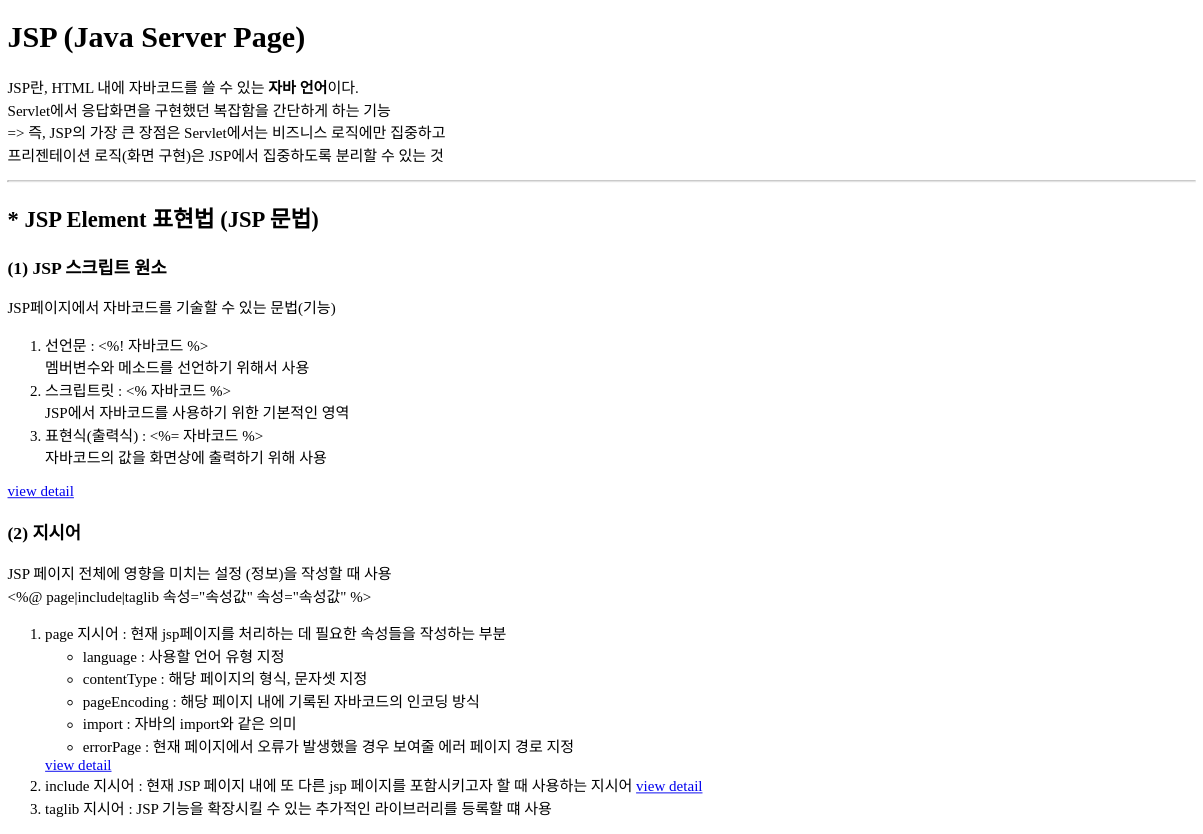
Repository: hailey-516/servlet
Page: 2_jsp/src/main/webapp/index.html
The author's editor kept a copy of each file at every save. The page is drawn from the files as they stood at one save, then again after the next save.
The browser window is 1280 px wide. The pictures show the whole page, at 94% of full size.

Above is the page before, as saved 2024-08-23 05:21:23.

### 2_jsp/src/main/webapp/index.html
<!DOCTYPE html>
<html>
<head>
<meta charset="UTF-8">
<title>JSP 시작하기</title>
</head>
<body>
    <h1>JSP (Java Server Page)</h1>

    <p>
        JSP란, HTML 내에 자바코드를 쓸 수 있는 <b>자바 언어</b>이다.
        <br>
        Servlet에서 응답화면을 구현했던 복잡함을 간단하게 하는 기능
        <br>
        => 즉, JSP의 가장 큰 장점은 Servlet에서는 비즈니스 로직에만 집중하고
        <br>
        프리젠테이션 로직(화면 구현)은 JSP에서 집중하도록 분리할 수 있는 것
    </p>

    <hr>

    <h2>* JSP Element 표현법 (JSP 문법)</h2>

    <h3>(1) JSP 스크립트 원소</h3>
    <p>JSP페이지에서 자바코드를 기술할 수 있는 문법(기능)</p>

    <ol>
        <li>
            선언문 : &lt;%! 자바코드 %&gt; <br>
            멤버변수와 메소드를 선언하기 위해서 사용
        </li>
        <li>
            스크립트릿 : &lt;% 자바코드 %&gt; <br>
            JSP에서 자바코드를 사용하기 위한 기본적인 영역
        </li>
        <li>
            표현식(출력식) : &lt;%= 자바코드 %&gt; <br>
            자바코드의 값을 화면상에 출력하기 위해 사용
        </li>
    </ol>

    <a href="views/01_ScriptingElement.jsp">view detail</a>

    <h3>(2) 지시어</h3>
    <p>
        JSP 페이지 전체에 영향을 미치는 설정 (정보)을 작성할 때 사용 <br>
        &lt;%@ page|include|taglib 속성="속성값" 속성="속성값" %&gt;
    </p>

    <ol>
        <li>
            page 지시어 : 현재 jsp페이지를 처리하는 데 필요한 속성들을 작성하는 부분
            <ul>
                <li>language : 사용할 언어 유형 지정</li>
                <li>contentType : 해당 페이지의 형식, 문자셋 지정</li>
                <li>pageEncoding : 해당 페이지 내에 기록된 자바코드의 인코딩 방식</li>
                <li>import : 자바의 import와 같은 의미</li>
                <li>errorPage : 현재 페이지에서 오류가 발생했을 경우 보여줄 에러 페이지 경로 지정</li>
            </ul>
            <a href="views/02_directivePage.jsp">view detail</a>
        </li>
        <li>
            include 지시어 : 현재 JSP 페이지 내에 또 다른 jsp 페이지를 포함시키고자 할 때 사용하는 지시어
            <a href="views/03_directiveInclude.jsp">view detail</a>
        </li>
        <li>
            taglib 지시어 : JSP 기능을 확장시킬 수 있는 추가적인 라이브러리를 등록할 떄 사용
        </li>
    </ol>
</body>
</html>

After the next save:
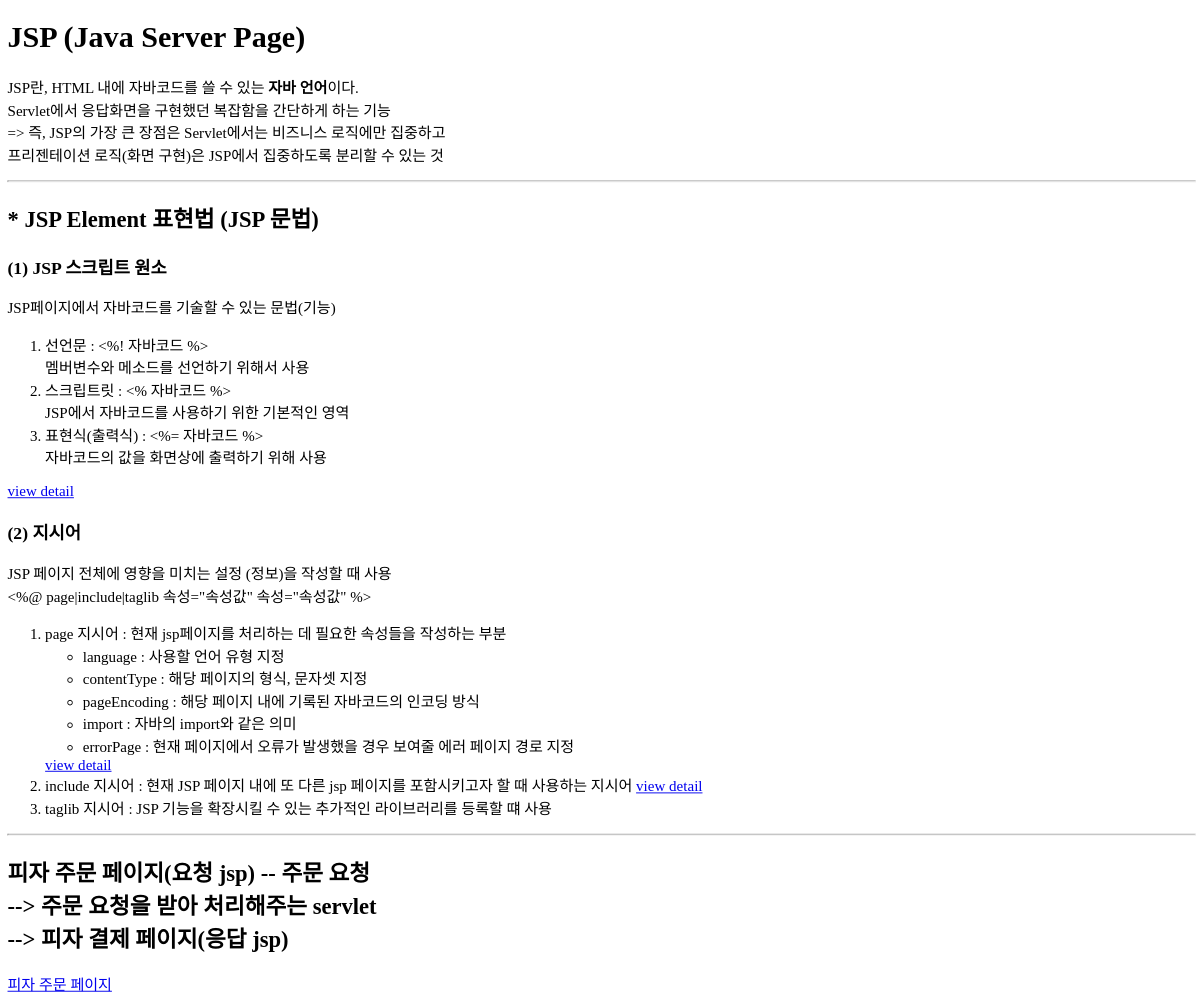
Saved 41 s later.
--- a/2_jsp/src/main/webapp/index.html
+++ b/2_jsp/src/main/webapp/index.html
@@ -67,5 +67,13 @@
             taglib 지시어 : JSP 기능을 확장시킬 수 있는 추가적인 라이브러리를 등록할 떄 사용
         </li>
     </ol>
+
+    <hr>
+
+    <h2>피자 주문 페이지(요청 jsp) -- 주문 요청 <br>
+    	--> 주문 요청을 받아 처리해주는 servlet <br>
+    	--> 피자 결제 페이지(응답 jsp)
+    </h2>
+    <a href="views/pizza/orderForm.jsp">피자 주문 페이지</a>
 </body>
 </html>
